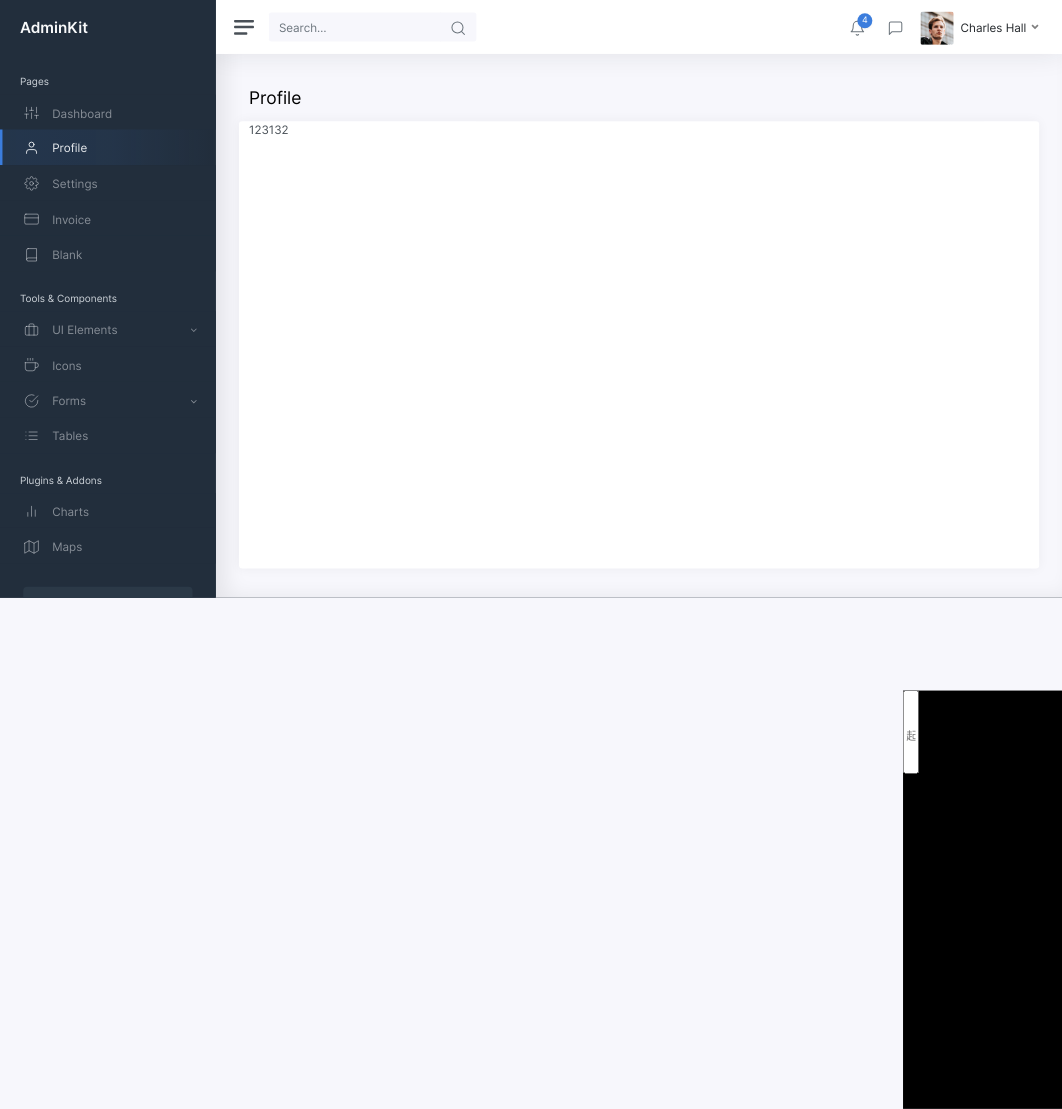
Repository: yuwei0922/WHURS-WGIS
Page: final_project/pages-profile.html
The author's editor kept a copy of each file at every save. The page is drawn from the files as they stood at one save, then again after the next save.
The browser window is 1280 px wide. The pictures show the whole page, at 83% of full size.

Above is the page before, as saved 2022-12-21 20:23:33.
Not found: final_project/js/vendor.js

### final_project/pages-profile.html
<!DOCTYPE html>
<html lang="en">

<head>
	<meta charset="utf-8">
	<meta http-equiv="X-UA-Compatible" content="IE=edge">
	<meta name="viewport" content="width=device-width, initial-scale=1, shrink-to-fit=no">
	<meta name="description" content="Responsive Web UI Kit &amp; Dashboard Template based on Bootstrap">
	<meta name="author" content="AdminKit">
	<meta name="keywords" content="adminkit, bootstrap, web ui kit, dashboard template, admin template">
	<link rel="shortcut icon" href="img/icons/icon-48x48.png" />
	<title>Profile</title>
	<link href="css/app.css" rel="stylesheet">
	<link rel="stylesheet" href="css/content.css">
</head>

<body>
	<div class="wrapper">
		<nav id="sidebar" class="sidebar">
			<div class="sidebar-content js-simplebar">
				<a class="sidebar-brand" href="index.html">
          <span class="align-middle">AdminKit</span>
        </a>

				<ul class="sidebar-nav">
					<li class="sidebar-header">
						Pages
					</li>

					<li class="sidebar-item">
						<a class="sidebar-link" href="index.html">
              <i class="align-middle" data-feather="sliders"></i> <span class="align-middle">Dashboard</span>
            </a>
					</li>

					<li class="sidebar-item active">
						<a class="sidebar-link" href="pages-profile.html">
              <i class="align-middle" data-feather="user"></i> <span class="align-middle">Profile</span>
            </a>
					</li>

					<li class="sidebar-item">
						<a class="sidebar-link" href="pages-settings.html">
              <i class="align-middle" data-feather="settings"></i> <span class="align-middle">Settings</span>
            </a>
					</li>

					<li class="sidebar-item">
						<a class="sidebar-link" href="pages-invoice.html">
              <i class="align-middle" data-feather="credit-card"></i> <span class="align-middle">Invoice</span>
            </a>
					</li>

					<li class="sidebar-item">
						<a class="sidebar-link" href="pages-blank.html">
              <i class="align-middle" data-feather="book"></i> <span class="align-middle">Blank</span>
            </a>
					</li>

					<li class="sidebar-header">
						Tools & Components
					</li>
					<li class="sidebar-item">
						<a href="#ui" data-toggle="collapse" class="sidebar-link collapsed">
              <i class="align-middle" data-feather="briefcase"></i> <span class="align-middle">UI Elements</span>
            </a>
						<ul id="ui" class="sidebar-dropdown list-unstyled collapse " data-parent="#sidebar">
							<li class="sidebar-item"><a class="sidebar-link" href="ui-alerts.html">Alerts</a></li>
							<li class="sidebar-item"><a class="sidebar-link" href="ui-buttons.html">Buttons</a></li>
							<li class="sidebar-item"><a class="sidebar-link" href="ui-cards.html">Cards</a></li>
							<li class="sidebar-item"><a class="sidebar-link" href="ui-general.html">General</a></li>
							<li class="sidebar-item"><a class="sidebar-link" href="ui-grid.html">Grid</a></li>
							<li class="sidebar-item"><a class="sidebar-link" href="ui-modals.html">Modals</a></li>
							<li class="sidebar-item"><a class="sidebar-link" href="ui-typography.html">Typography</a></li>
						</ul>
					</li>

					<li class="sidebar-item">
						<a class="sidebar-link" href="icons-feather.html">
              <i class="align-middle" data-feather="coffee"></i> <span class="align-middle">Icons</span>
            </a>
					</li>

					<li class="sidebar-item">
						<a href="#forms" data-toggle="collapse" class="sidebar-link collapsed">
              <i class="align-middle" data-feather="check-circle"></i> <span class="align-middle">Forms</span>
            </a>
						<ul id="forms" class="sidebar-dropdown list-unstyled collapse " data-parent="#sidebar">
							<li class="sidebar-item"><a class="sidebar-link" href="forms-layouts.html">Form Layouts</a></li>
							<li class="sidebar-item"><a class="sidebar-link" href="forms-basic-inputs.html">Basic Inputs</a></li>
						</ul>
					</li>

					<li class="sidebar-item">
						<a class="sidebar-link" href="tables-bootstrap.html">
              <i class="align-middle" data-feather="list"></i> <span class="align-middle">Tables</span>
            </a>
					</li>

					<li class="sidebar-header">
						Plugins & Addons
					</li>

					<li class="sidebar-item">
						<a class="sidebar-link" href="charts-chartjs.html">
              <i class="align-middle" data-feather="bar-chart-2"></i> <span class="align-middle">Charts</span>
            </a>
					</li>

					<li class="sidebar-item">
						<a class="sidebar-link" href="maps-google.html">
              <i class="align-middle" data-feather="map"></i> <span class="align-middle">Maps</span>
            </a>
					</li>
				</ul>

				<div class="sidebar-cta">
					<div class="sidebar-cta-content">
						<strong class="d-inline-block mb-2">Upgrade to Pro</strong>
						<div class="mb-3 text-sm">
							Are you looking for more components?
						</div>
						<a href="#" target="_blank" class="btn btn-outline-primary btn-block">Upgrade</a>
					</div>
				</div>
			</div>
		</nav>

		<div class="main">
			<nav class="navbar navbar-expand navbar-light navbar-bg">
				<a class="sidebar-toggle d-flex">
          <i class="hamburger align-self-center"></i>
        </a>

				<form class="form-inline d-none d-sm-inline-block">
					<div class="input-group input-group-navbar">
						<input type="text" class="form-control" placeholder="Search…" aria-label="Search">
						<div class="input-group-append">
							<button class="btn" type="button">
                <i class="align-middle" data-feather="search"></i>
              </button>
						</div>
					</div>
				</form>

				<div class="navbar-collapse collapse">
					<ul class="navbar-nav navbar-align">
						<li class="nav-item dropdown">
							<a class="nav-icon dropdown-toggle" href="#" id="alertsDropdown" data-toggle="dropdown">
								<div class="position-relative">
									<i class="align-middle" data-feather="bell"></i>
									<span class="indicator">4</span>
								</div>
							</a>
							<div class="dropdown-menu dropdown-menu-lg dropdown-menu-right py-0" aria-labelledby="alertsDropdown">
								<div class="dropdown-menu-header">
									4 New Notifications
								</div>
								<div class="list-group">
									<a href="#" class="list-group-item">
										<div class="row no-gutters align-items-center">
											<div class="col-2">
												<i class="text-danger" data-feather="alert-circle"></i>
											</div>
											<div class="col-10">
												<div class="text-dark">Update completed</div>
												<div class="text-muted small mt-1">Restart server 12 to complete the update.</div>
												<div class="text-muted small mt-1">30m ago</div>
											</div>
										</div>
									</a>
									<a href="#" class="list-group-item">
										<div class="row no-gutters align-items-center">
											<div class="col-2">
												<i class="text-warning" data-feather="bell"></i>
											</div>
											<div class="col-10">
												<div class="text-dark">Lorem ipsum</div>
												<div class="text-muted small mt-1">Aliquam ex eros, imperdiet vulputate hendrerit et.</div>
												<div class="text-muted small mt-1">2h ago</div>
											</div>
										</div>
									</a>
									<a href="#" class="list-group-item">
										<div class="row no-gutters align-items-center">
											<div class="col-2">
												<i class="text-primary" data-feather="home"></i>
											</div>
											<div class="col-10">
												<div class="text-dark">Login from 192.186.1.8</div>
												<div class="text-muted small mt-1">5h ago</div>
											</div>
										</div>
									</a>
									<a href="#" class="list-group-item">
										<div class="row no-gutters align-items-center">
											<div class="col-2">
												<i class="text-success" data-feather="user-plus"></i>
											</div>
											<div class="col-10">
												<div class="text-dark">New connection</div>
												<div class="text-muted small mt-1">Christina accepted your request.</div>
												<div class="text-muted small mt-1">14h ago</div>
											</div>
										</div>
									</a>
								</div>
								<div class="dropdown-menu-footer">
									<a href="#" class="text-muted">Show all notifications</a>
								</div>
							</div>
						</li>
						<li class="nav-item dropdown">
							<a class="nav-icon dropdown-toggle" href="#" id="messagesDropdown" data-toggle="dropdown">
								<div class="position-relative">
									<i class="align-middle" data-feather="message-square"></i>
								</div>
							</a>
							<div class="dropdown-menu dropdown-menu-lg dropdown-menu-right py-0" aria-labelledby="messagesDropdown">
								<div class="dropdown-menu-header">
									<div class="position-relative">
										4 New Messages
									</div>
								</div>
								<div class="list-group">
									<a href="#" class="list-group-item">
										<div class="row no-gutters align-items-center">
											<div class="col-2">
												<img src="img/avatars/avatar-5.jpg" class="avatar img-fluid rounded-circle" alt="Vanessa Tucker">
											</div>
											<div class="col-10 pl-2">
												<div class="text-dark">Vanessa Tucker</div>
												<div class="text-muted small mt-1">Nam pretium turpis et arcu. Duis arcu tortor.</div>
												<div class="text-muted small mt-1">15m ago</div>
											</div>
										</div>
									</a>
									<a href="#" class="list-group-item">
										<div class="row no-gutters align-items-center">
											<div class="col-2">
												<img src="img/avatars/avatar-2.jpg" class="avatar img-fluid rounded-circle" alt="William Harris">
											</div>
											<div class="col-10 pl-2">
												<div class="text-dark">William Harris</div>
												<div class="text-muted small mt-1">Curabitur ligula sapien euismod vitae.</div>
												<div class="text-muted small mt-1">2h ago</div>
											</div>
										</div>
									</a>
									<a href="#" class="list-group-item">
										<div class="row no-gutters align-items-center">
											<div class="col-2">
												<img src="img/avatars/avatar-4.jpg" class="avatar img-fluid rounded-circle" alt="Christina Mason">
											</div>
											<div class="col-10 pl-2">
												<div class="text-dark">Christina Mason</div>
												<div class="text-muted small mt-1">Pellentesque auctor neque nec urna.</div>
												<div class="text-muted small mt-1">4h ago</div>
											</div>
										</div>
									</a>
									<a href="#" class="list-group-item">
										<div class="row no-gutters align-items-center">
											<div class="col-2">
												<img src="img/avatars/avatar-3.jpg" class="avatar img-fluid rounded-circle" alt="Sharon Lessman">
											</div>
											<div class="col-10 pl-2">
												<div class="text-dark">Sharon Lessman</div>
												<div class="text-muted small mt-1">Aenean tellus metus, bibendum sed, posuere ac, mattis non.</div>
												<div class="text-muted small mt-1">5h ago</div>
											</div>
										</div>
									</a>
								</div>
								<div class="dropdown-menu-footer">
									<a href="#" class="text-muted">Show all messages</a>
								</div>
							</div>
						</li>
						<li class="nav-item dropdown">
							<a class="nav-icon dropdown-toggle d-inline-block d-sm-none" href="#" data-toggle="dropdown">
                <i class="align-middle" data-feather="settings"></i>
              </a>

							<a class="nav-link dropdown-toggle d-none d-sm-inline-block" href="#" data-toggle="dropdown">
                <img src="img/avatars/avatar.jpg" class="avatar img-fluid rounded mr-1" alt="Charles Hall" /> <span class="text-dark">Charles Hall</span>
              </a>
							<div class="dropdown-menu dropdown-menu-right">
								<a class="dropdown-item" href="pages-profile.html"><i class="align-middle mr-1" data-feather="user"></i> Profile</a>
								<a class="dropdown-item" href="#"><i class="align-middle mr-1" data-feather="pie-chart"></i> Analytics</a>
								<div class="dropdown-divider"></div>
								<a class="dropdown-item" href="pages-settings.html"><i class="align-middle mr-1" data-feather="settings"></i> Settings & Privacy</a>
								<a class="dropdown-item" href="#"><i class="align-middle mr-1" data-feather="help-circle"></i> Help Center</a>
								<div class="dropdown-divider"></div>
								<a class="dropdown-item" href="#">Log out</a>
							</div>
						</li>
					</ul>
				</div>
			</nav>

			<main class="content">
				<div class="container-fluid p-0 map-background"  style="position: relative;">

					<h1 class="h3 mb-3">Profile</h1>

					<div class="row map-background">
						<div class="card col-12 mapcontent">123132</div>
					</div>
				</div>
				<div class="select-contronller">
					<input type="text" placeholder="起点" name="ori" class="input-ori">
				</div>
			</main>


	</div>

	<script src="js/vendor.js"></script>
	<script src="js/app.js"></script>

</body>

</html>

### final_project/css/content.css
.map-background{
    height:100%;
    position: relative;
}

.mapcontent{
    height: 90%;
}

.select-contronller{
    display: inline-block;
    position: absolute;
    margin: 10% 0;
    right: 0;
    height: 70%;
    background-color: black;
    width: 15%;
}

.input-ori{
    margin: 0 auto;
    padding-top: 10px;
    height: 100px;
    width: 10%;
}

Loaded but not shown: final_project/css/app.css (library); final_project/js/app.js (library)

After the next save:
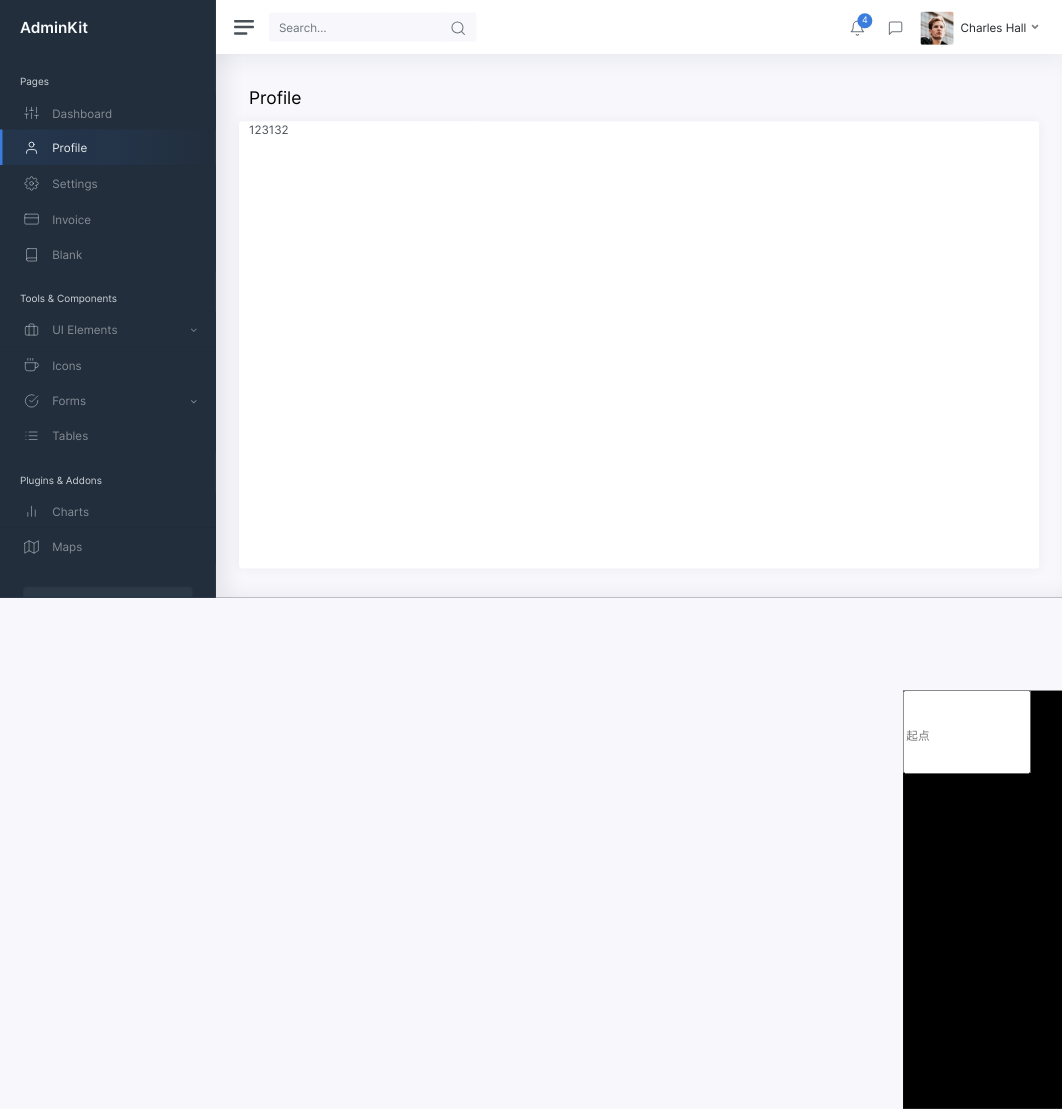
Saved 18 s later.
--- a/final_project/css/content.css
+++ b/final_project/css/content.css
@@ -21,5 +21,5 @@
     margin: 0 auto;
     padding-top: 10px;
     height: 100px;
-    width: 10%;
+    width: 80%;
 }
